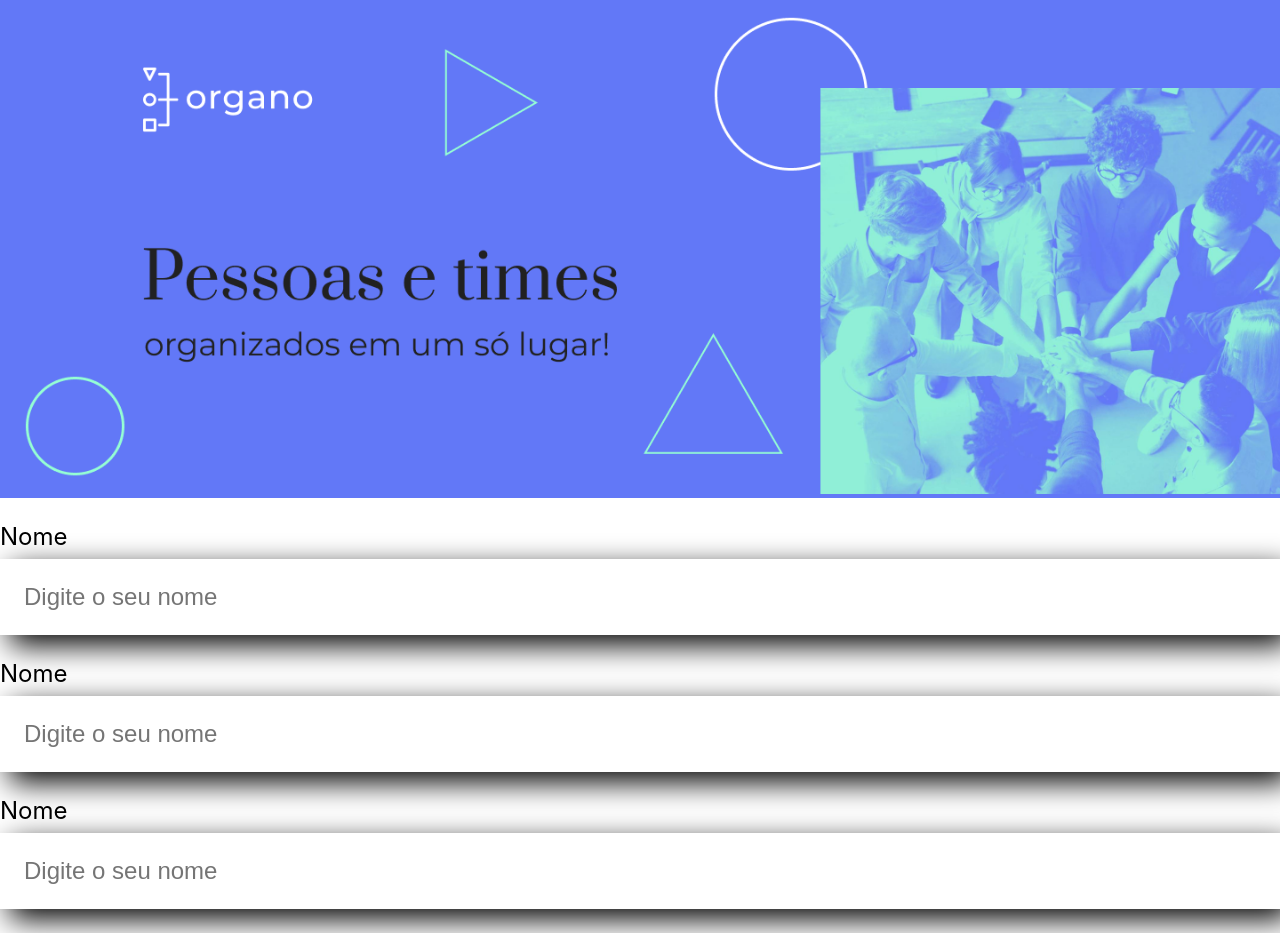
Repository: Joao-Carlos-Garcia-DEV/organo
Page: /
These files come from the project's save history. The page is drawn as it stood at one moment and after a run of saves; the edit follows.
The browser window is 1280 px wide. The pictures show the whole page.
The project was rebuilt for these pictures with package versions that can differ from the ones it lists, and the page was loaded fresh each time.

Above is the page before, as saved 2024-07-08 20:08:50.

### src/App.js
import './App.css';
import Banner from './Componentes/Banner/Banner';
import CampoTexto from './Componentes/CampoTexto/CampoTexto';

function App() {
  return (
    <div className="App">
      <Banner />
      <CampoTexto Label="Nome"/>
      <CampoTexto Label="Cargo"/>
      <CampoTexto Label="Imagem"/>
    </div>
  );
}

export default App;

### src/Componentes/Banner/Banner.js

import './Banner.css'
function Banner() {
    return (
        <header className="banner">
            <img src="/imagens/banner.png" alt="O banner principal da página do Organo" />
        </header>
    )

}

export default Banner

### src/Componentes/CampoTexto/CampoTexto.js
import './CampoTexto.css'
const CampoTexto = (props) => {
    return (
        <div className="campo-texto">
            <label>Nome</label>
            <input placeholder='Digite o seu nome'></input>
        </div>
    )
}

export default CampoTexto

### src/Componentes/Banner/Banner.css
.banner {
    background-color: #6278f7;
    text-align: center;
}

.banner img {
    max-width: 100%;
}

### src/Componentes/CampoTexto/CampoTexto.css
.campo-texto {
    margin: 24px 0;

}

.campo-texto label {
    display: block;
    margin-bottom: 8px;
    font-size: 24px;
    text-align: justify;
}

.campo-texto input {
    background-color: #FFF;
    box-shadow: 10px 10px 30px rgba(0, 0, 0.06);
    width: 100%;
    border: none;
    font-size: 24px;
    padding: 24px;
    box-sizing: border-box;
}

Loaded but not shown: public/index.html (common file); src/index.js (common file); src/index.css (common file); src/App.css (common file)

After the next 4 saves:
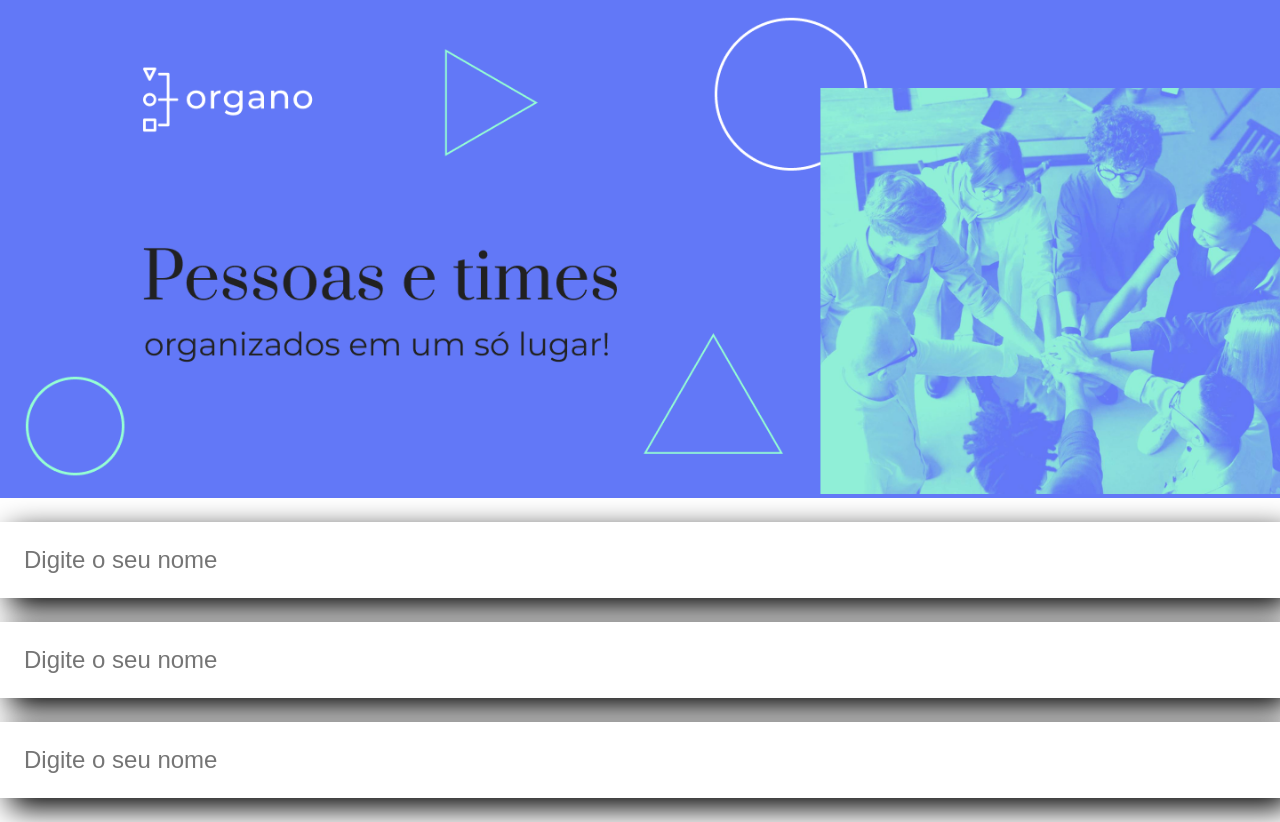
The 4 saves are shown as one change because 2 did not build or start and some came seconds apart.
The last was saved 28 s later.
--- a/src/Componentes/CampoTexto/CampoTexto.js
+++ b/src/Componentes/CampoTexto/CampoTexto.js
@@ -2,7 +2,7 @@
 const CampoTexto = (props) => {
     return (
         <div className="campo-texto">
-            <label>Nome</label>
+            <label>{props.label}</label>
             <input placeholder='Digite o seu nome'></input>
         </div>
     )

After the 3 saves that followed:
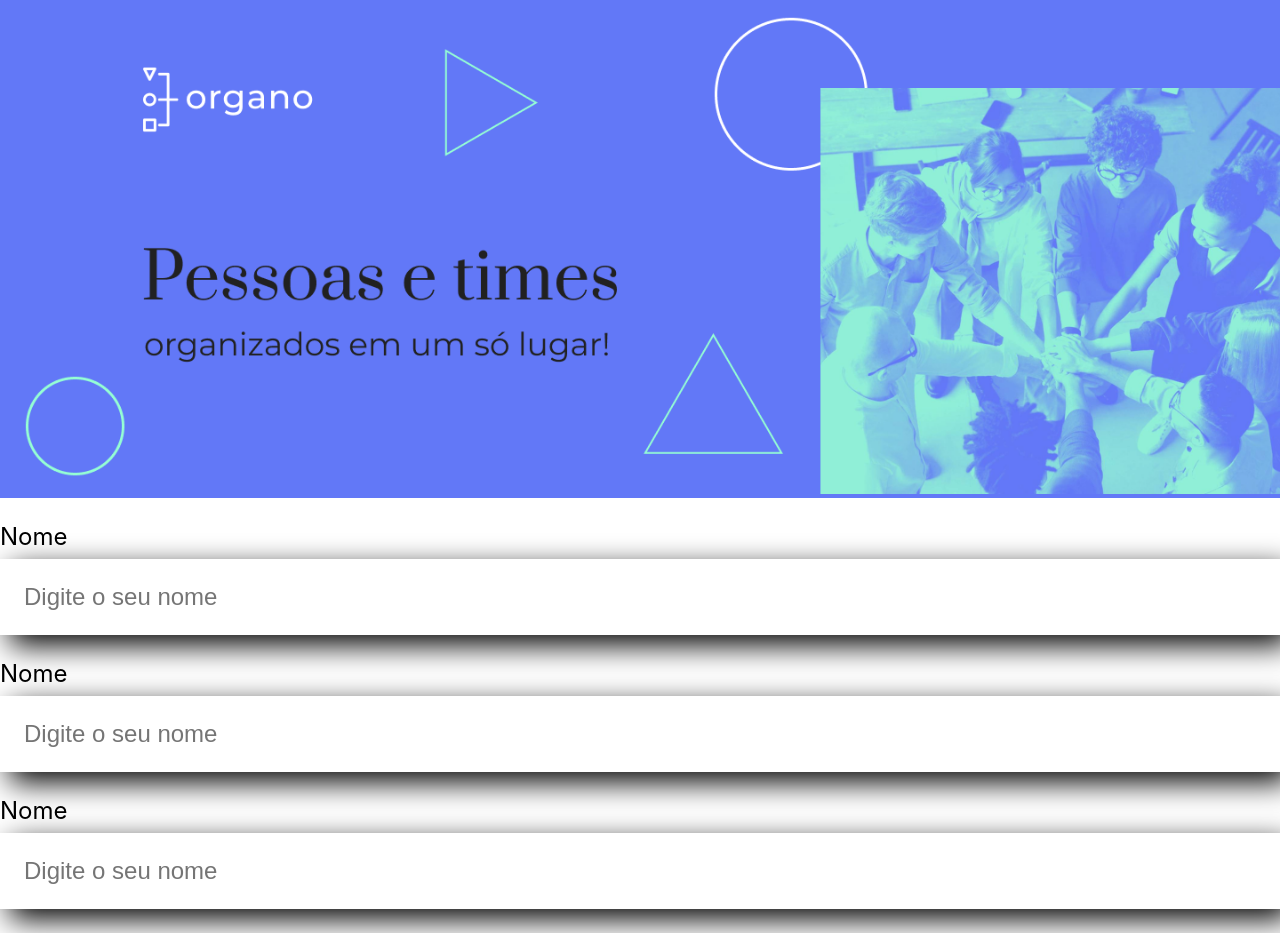
The 3 saves are shown as one change because they came seconds apart.
The last was saved 2 min 29 s later.
--- a/src/Componentes/CampoTexto/CampoTexto.js
+++ b/src/Componentes/CampoTexto/CampoTexto.js
@@ -1,8 +1,8 @@
 import './CampoTexto.css'
-const CampoTexto = (props) => {
+const CampoTexto = () => {
     return (
         <div className="campo-texto">
-            <label>{props.label}</label>
+            <label>Nome</label>
             <input placeholder='Digite o seu nome'></input>
         </div>
     )
